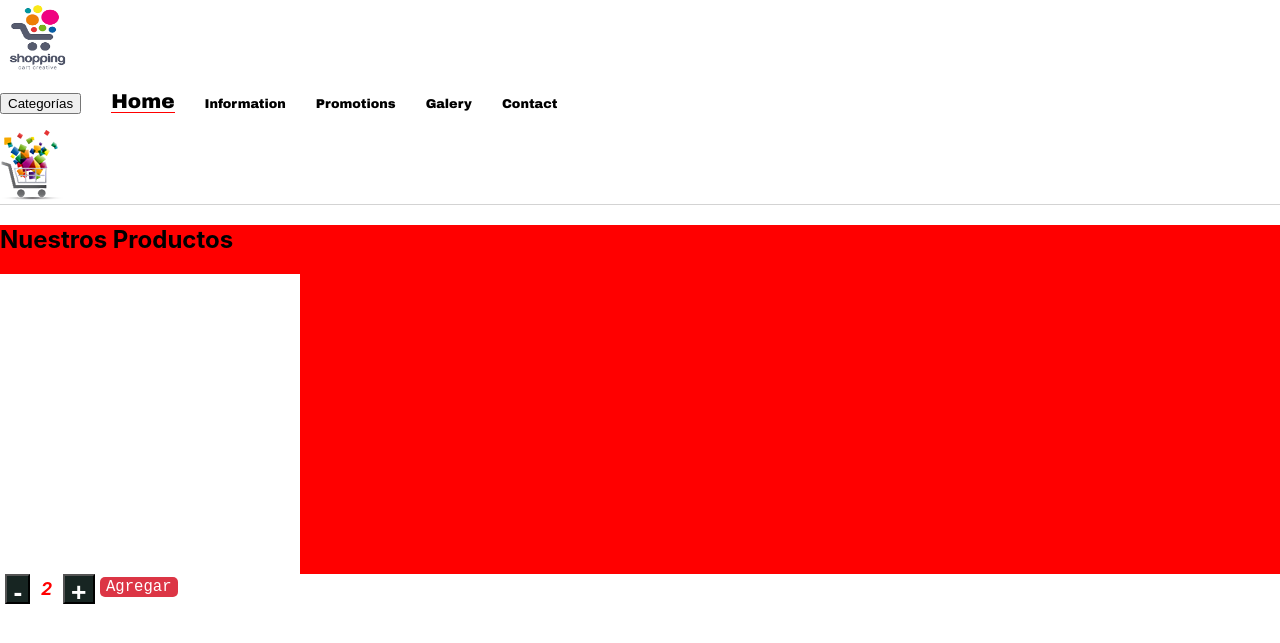
Repository: gustavomanuelquintana/CoderRepository
Page: / (app in cards-commers/)
An editor plug-in stored every save of this project. The page is shown before and after the next save, followed by the edit.
The browser window is 1280 px wide. The pictures show the whole page.
The project was rebuilt for these pictures with package versions that can differ from the ones it lists, and the page was loaded fresh each time.

Above is the page before, as saved 2020-10-31 13:33:36.

After the next save:
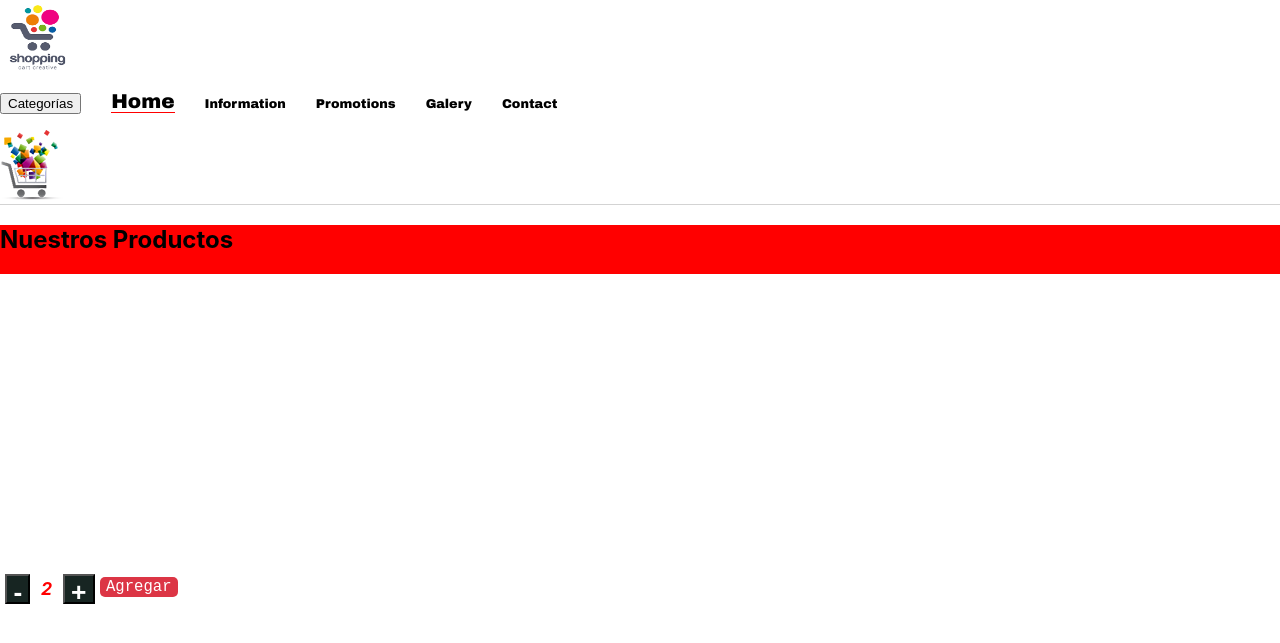
Saved 26 s later.
--- a/cards-commers/src/Components/ItemListContainer/ItemList/ItemList.css
+++ b/cards-commers/src/Components/ItemListContainer/ItemList/ItemList.css
@@ -1,5 +1,5 @@
 .itemList{
-    width:300px;
+    width:100%;
     height:300px;
     background-color:white;
 }
